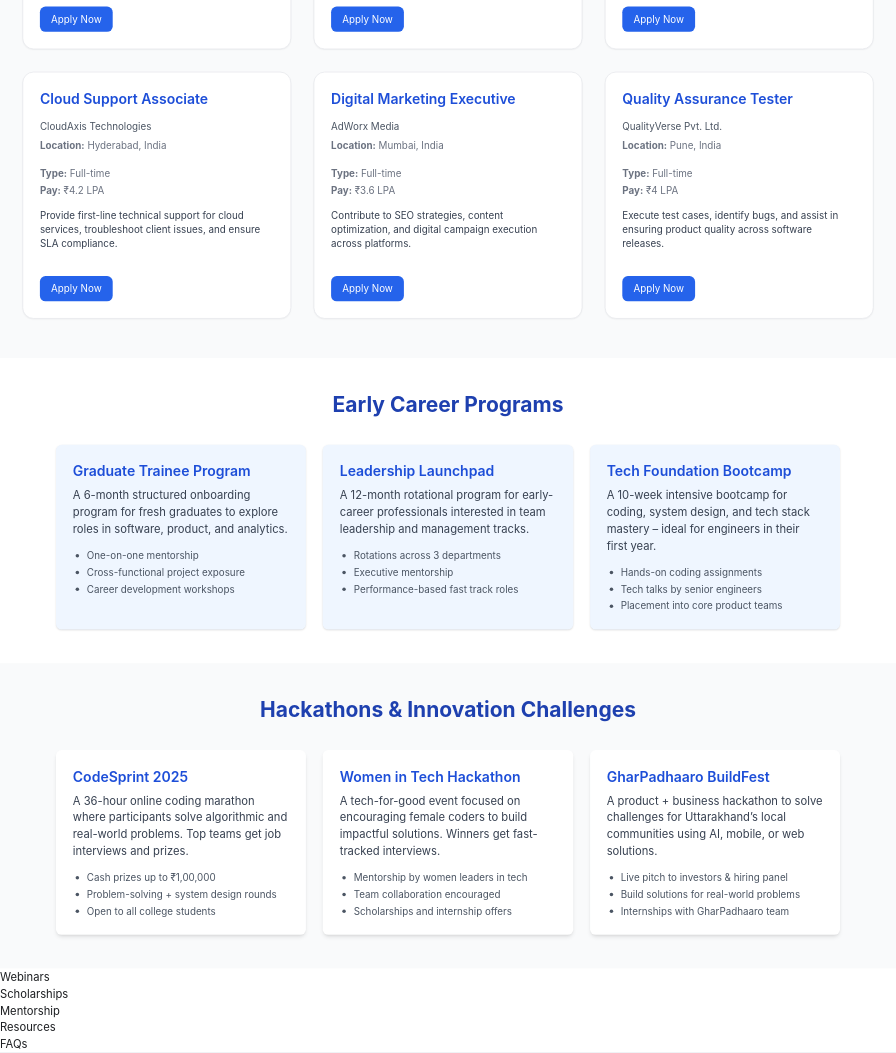
Repository: Siddharthkothiyal/GharPadhaaroCareerWebsite
Page: /students
These files come from the project's save history. The page is drawn as it stood at one moment and after the next save; the edit follows.
The browser window is 1280 px wide. The pictures show the part of the page from y = 1528 to 3448 px (the page is 3032 px tall before and 3448 px after), at 70% of full size.
The project was rebuilt for these pictures with package versions that can differ from the ones it lists, and the page was loaded fresh each time. Also part of the build but not shown: src/components/CareerPortal/JobListing/JobListings.css, src/components/CareerPortal/JobListing/JobListings.js, src/components/CareerPortal/Header.css, src/components/CareerPortal/ResumeUpload.css, src/components/CareerPortal/ResumeUpload.js, src/components/CareerPortal/Header.js, src/components/CareerPortal/JobListing/JobSearch.css, src/components/CareerPortal/JobListing/JobSearch.js and 10 more.

Above is the page before, as saved 2025-06-21 20:35:32.

After the next save:
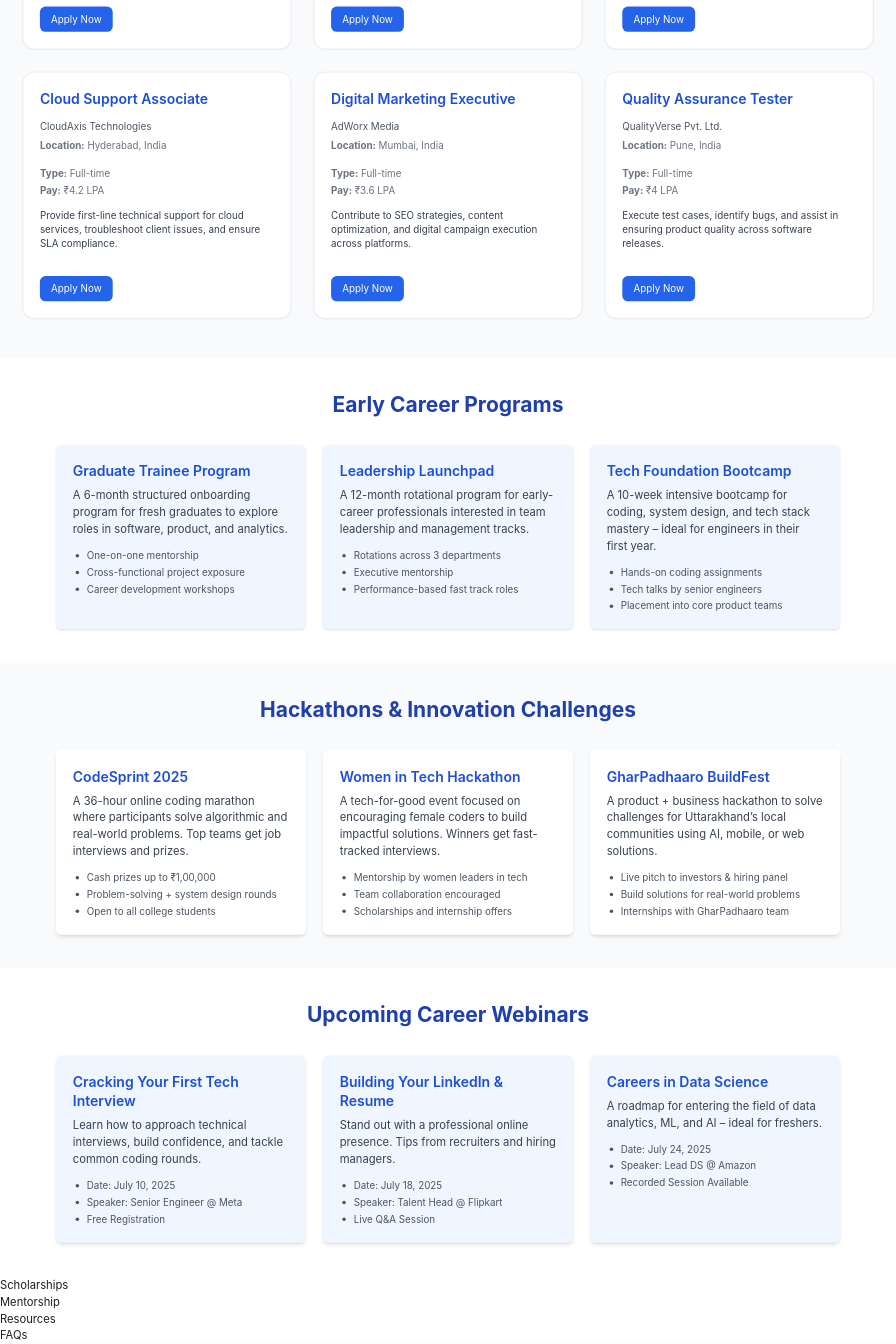
Saved 68 s later.
--- a/src/components/CareerPortal/StudentsPage/sections/Webinars.js
+++ b/src/components/CareerPortal/StudentsPage/sections/Webinars.js
@@ -1,8 +1,62 @@
-import React from 'react';
-function Webinars() {
-    return (
-        <div>Webinars</div>
-     );
-}
+import React from "react";
+
+const Webinars = () => {
+  return (
+    <section className="py-12 bg-white">
+      <div className="max-w-6xl mx-auto px-4">
+        <h2 className="text-3xl font-bold text-center text-blue-800 mb-10">
+          Upcoming Career Webinars
+        </h2>
+
+        <div className="grid md:grid-cols-3 gap-6">
+          {/* Webinar 1 */}
+          <div className="bg-blue-50 rounded-lg shadow-md p-6 hover:shadow-lg transition">
+            <h3 className="text-xl font-semibold text-blue-700 mb-2">
+              Cracking Your First Tech Interview
+            </h3>
+            <p className="text-gray-700 mb-4">
+              Learn how to approach technical interviews, build confidence, and tackle common coding rounds.
+            </p>
+            <ul className="text-sm text-gray-600 list-disc pl-5 space-y-1">
+              <li>Date: July 10, 2025</li>
+              <li>Speaker: Senior Engineer @ Meta</li>
+              <li>Free Registration</li>
+            </ul>
+          </div>
+
+          {/* Webinar 2 */}
+          <div className="bg-blue-50 rounded-lg shadow-md p-6 hover:shadow-lg transition">
+            <h3 className="text-xl font-semibold text-blue-700 mb-2">
+              Building Your LinkedIn & Resume
+            </h3>
+            <p className="text-gray-700 mb-4">
+              Stand out with a professional online presence. Tips from recruiters and hiring managers.
+            </p>
+            <ul className="text-sm text-gray-600 list-disc pl-5 space-y-1">
+              <li>Date: July 18, 2025</li>
+              <li>Speaker: Talent Head @ Flipkart</li>
+              <li>Live Q&A Session</li>
+            </ul>
+          </div>
+
+          {/* Webinar 3 */}
+          <div className="bg-blue-50 rounded-lg shadow-md p-6 hover:shadow-lg transition">
+            <h3 className="text-xl font-semibold text-blue-700 mb-2">
+              Careers in Data Science
+            </h3>
+            <p className="text-gray-700 mb-4">
+              A roadmap for entering the field of data analytics, ML, and AI – ideal for freshers.
+            </p>
+            <ul className="text-sm text-gray-600 list-disc pl-5 space-y-1">
+              <li>Date: July 24, 2025</li>
+              <li>Speaker: Lead DS @ Amazon</li>
+              <li>Recorded Session Available</li>
+            </ul>
+          </div>
+        </div>
+      </div>
+    </section>
+  );
+};
 
 export default Webinars;
